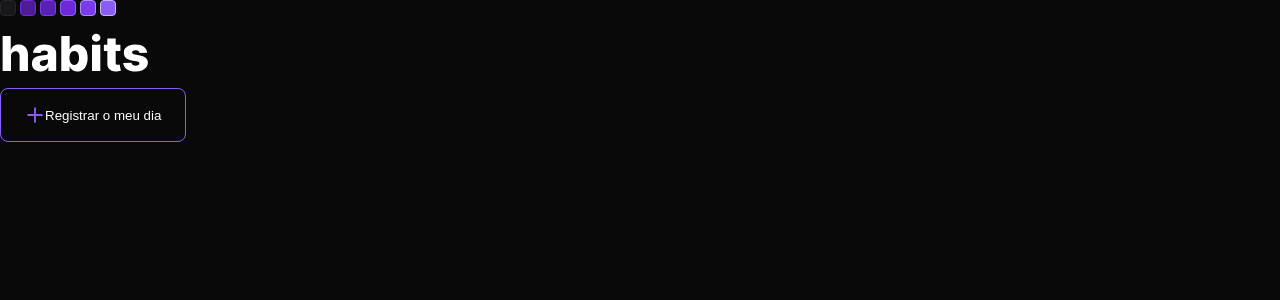
Repository: AntonyCosta/nlw-setup
Page: index.html
The author's editor kept a copy of each file at every save. The page is drawn from the files as they stood at one save, then again after the next save.
The browser window is 1280 px wide. The pictures show the whole page.

Above is the page before, as saved 2023-01-18 03:26:25.

After the next save:
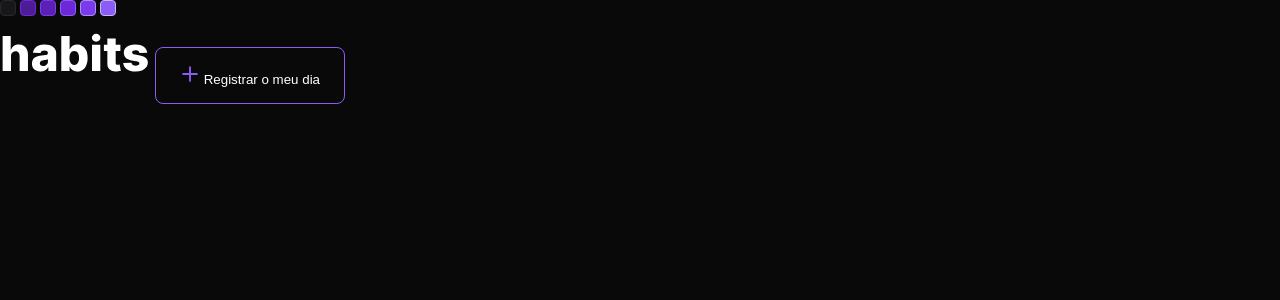
Saved 13 s later.
--- a/style.css
+++ b/style.css
@@ -20,7 +20,4 @@
   border-radius: 8px;
   background: transparent;
   color: #ffffff;
-
-  display: flex;
-  align-items: center;
 }

After the save that followed:
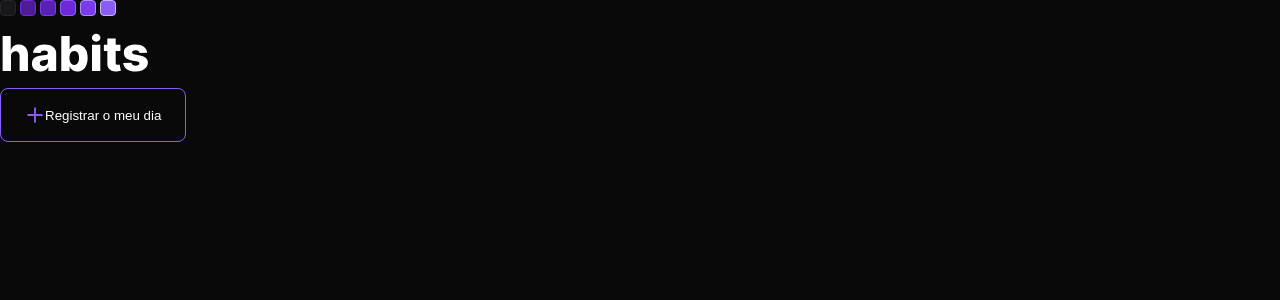
Saved 32 s later.
--- a/style.css
+++ b/style.css
@@ -20,4 +20,7 @@
   border-radius: 8px;
   background: transparent;
   color: #ffffff;
+
+  display: flex;
+  align-items: center;
 }
